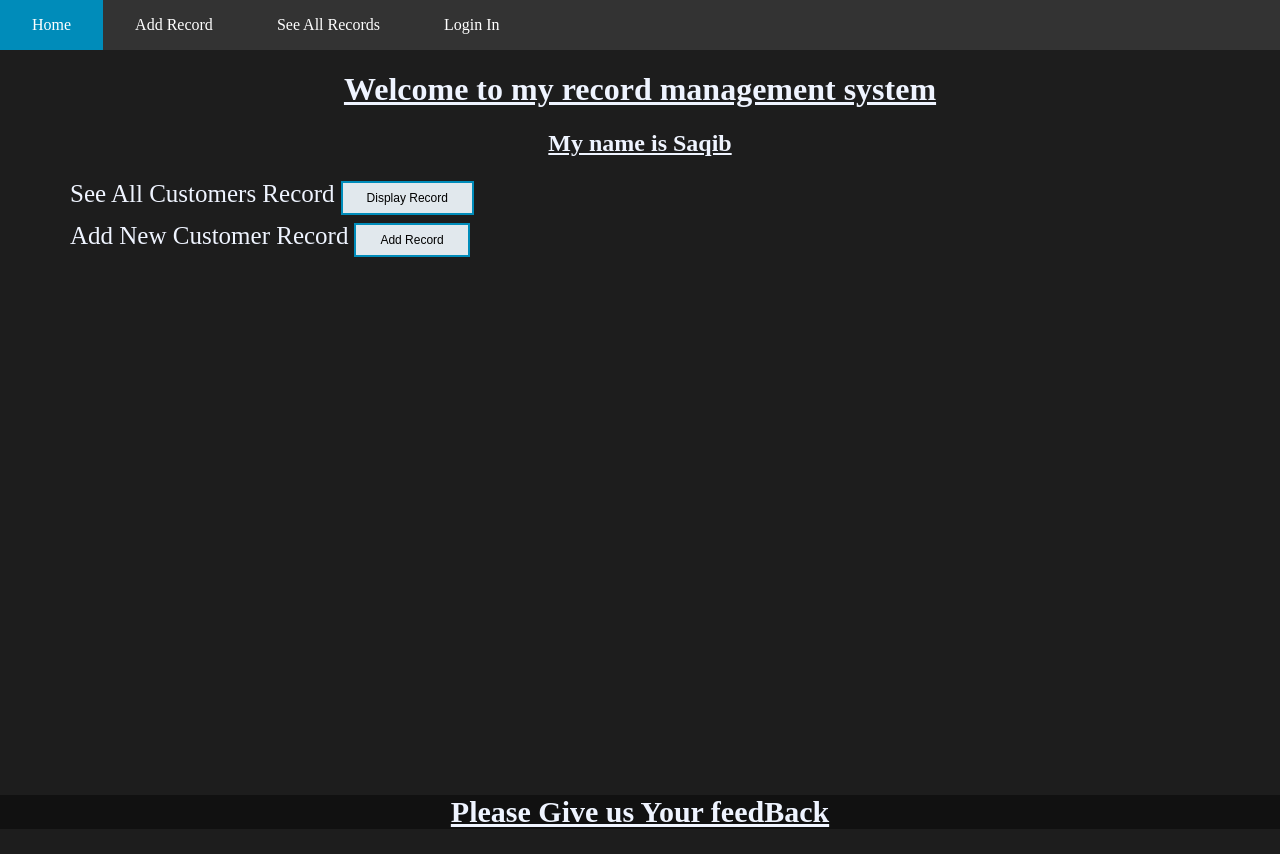
Repository: MUHAMMAD-SAQIB-2000/SpringBoot
Page: http://localhost/WebServiceRecordManagementSystem/home.jsp
These files come from the project's save history. The page is drawn as it stood at one moment and after the next save; the edit follows.
The browser window is 1280 px wide. The pictures show the whole page.
The page is served by Tomcat 9. Other server files are loaded and not shown.

Above is the page before, as saved 2020-08-12 14:28:09.

### WebServiceRecordManagementSystem/src/main/webapp/home.jsp
<%@ page language="java" contentType="text/html; charset=ISO-8859-1"
	pageEncoding="ISO-8859-1"%>
<!DOCTYPE html>
<html>
<head>
<meta charset="ISO-8859-1">
<title>Record Management System</title>
<link rel="stylesheet" href="style.css">
</head>
<body>
	<div>
		<ul>
			<li><a class="active" onclick="window.location.href = '${pageContext.request.contextPath}/home'">Home</a></li>
			<li><a onclick="window.location.href = '${pageContext.request.contextPath}/addCustomerForm'">Add Record</a></li>
			<li><a onclick="window.location.href = '${pageContext.request.contextPath}/displayAllCustomers'">See All Records</a></li>
			<li><a href="#about">Login In</a></li>
		</ul>
	</div>

	<div class="mainBody">

		<h1 class="h">Welcome to my record management system</h1>
		<h2 class="h">My name is Saqib</h2>
		<div class="form">
			<label class="title">See All Customers Record</label>
			<button class="button button2"
				onclick="window.location.href = 'displayAllCustomers' ">Display
				Record</button>
			<br> <label class="title">Add New Customer Record</label>
			<button class="button button2"
				onclick="window.location.href = 'addCustomerForm' ">Add
				Record</button>
		</div>
	</div>
	<footer class="foter">
		<h2 class="h">Please Give us Your feedBack</h2>
	</footer>
</body>
</html>

### WebServiceRecordManagementSystem/src/main/webapp/style.css
@charset "ISO-8859-1";

body {
	margin: 0px;
	padding: 0px;
	background-color:#1d1d1d;
}

ul {
	list-style-type: none;
	margin: 0;
	padding: 0;
	overflow: hidden;
	background-color: #333;
	position: fixed;
	top: 0;
	width: 100%;
}

li {
	float: left;
}

li a {
	display: block;
	color: white;
	text-align: center;
	padding: 16px 32px;
	text-decoration: none;
	font-size:16px;
}

li a:hover {
	background-color:#008CBA;
	color:#fff;
}

.active {
	background-color: #E1E8ED;
	color:#111;
}
.mainBody{
	padding: 20px 20px;
	margin-top:30px;
	height:700px;
}

.h {
	color: #eff4ff;
	text-align: center;
	text-decoration: underline;
}

table, th, td {
	background-color: #E1E8ED;
	color: #111;
	text-align: center;
	border: 2px solid #008CBA;
	margin: 10px;
	padding: 5px;
}

th:hover, td:hover {
	border: 2px solid #111;
	background-color: #008CBA;
	color: white;
	transition-duration: 0.4s;
}

.tableCSS {
	background-color: #E1E8ED;
	color: #111;
	margin: 5% 22%;
}

.button {
	border: none;
	color: white;
	padding: 8px 24px;
	text-align: center;
	text-decoration: none;
	display: inline-block;
	font-size: 12px;
	margin: 4px 2px;
	transition-duration: 0.4s;
	cursor: pointer;
}

.button2 {
	background-color: #E1E8ED;
	color: black;
	border: 2px solid #008CBA;
}

.button2:hover {
	background-color: #008CBA;
	color: white;
}

.form {
	text-align: left;
	margin-left: 50px;
}

form {
	width: 100%;
	padding: 12px 20px;
	margin: 8px 0;
	box-sizing: border-box;
}

.title {
	font-size: 25px;
	color: #eff4ff;
}
.para{
	font-size: 14px;
	color: #eff4ff;
}
select {
  width: 20%;
  padding: 12px 16px;
  border: none;
  border-radius: 4px;
  background-color: #f1f1f1;
}
.inputForm {
	width: 30%;
	padding: 10px 18px;
	margin: 6px 0;
	box-sizing: border-box;
	background-color: #F7F7F7;
	color: #111;
	border: 2px solid #00aba9;
  	border-radius: 4px;
}
.inputForm:focus {
  border: 3px solid #555;
}
radiobutton {
	size: 10px;
}

option:hover {
	background-color: #008CBA;
	color: white;
}

a {
	text-decoration: none;
	color: #111;
}

a:hover {
	color: #fff;
	font-size: 16px;
}
.foter{
	background-color: #111;
	color:#fff;
	font-size:20px;
}

After the next save:
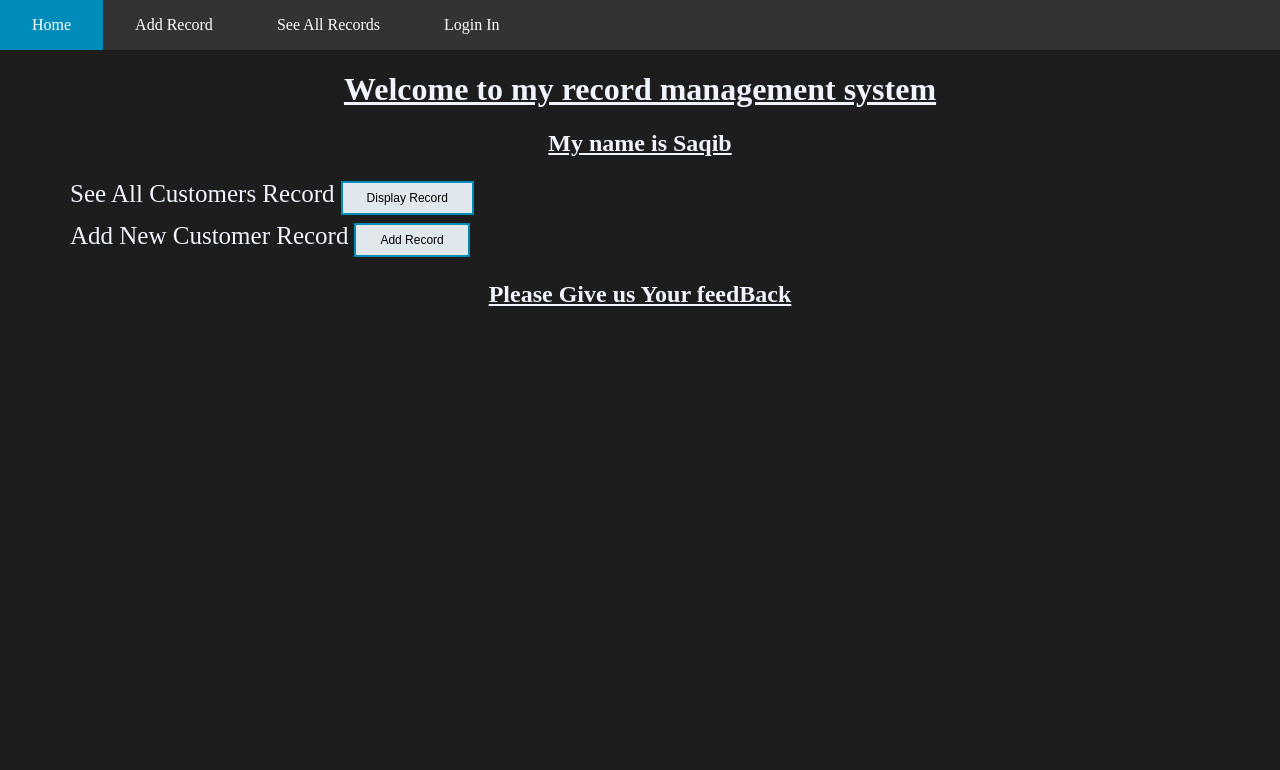
Saved 2 min 32 s later.
--- a/WebServiceRecordManagementSystem/src/main/webapp/home.jsp
+++ b/WebServiceRecordManagementSystem/src/main/webapp/home.jsp
@@ -31,9 +31,8 @@
 				onclick="window.location.href = 'addCustomerForm' ">Add
 				Record</button>
 		</div>
+		<h2 class="h">Please Give us Your feedBack</h2>
 	</div>
-	<footer class="foter">
-		<h2 class="h">Please Give us Your feedBack</h2>
-	</footer>
+
 </body>
 </html>
